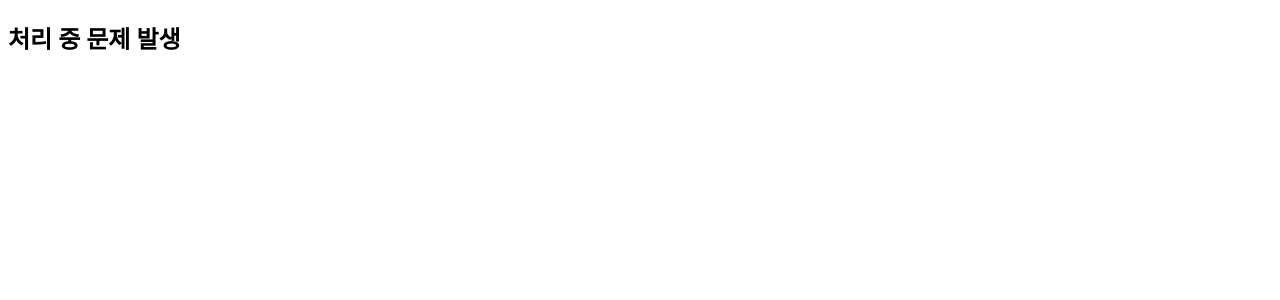
Repository: sunyeongan/Univ_lecture
Page: http://localhost/NewJSP2/Ex8_exception.jsp
The author's editor kept a copy of each file at every save. The page is drawn from the files as they stood at one save, then again after the next save.
The browser window is 1280 px wide. The pictures show the whole page.
The page is served by Tomcat 9.

Above is the page before, as saved 2022-04-09 09:16:47.

After the next save:
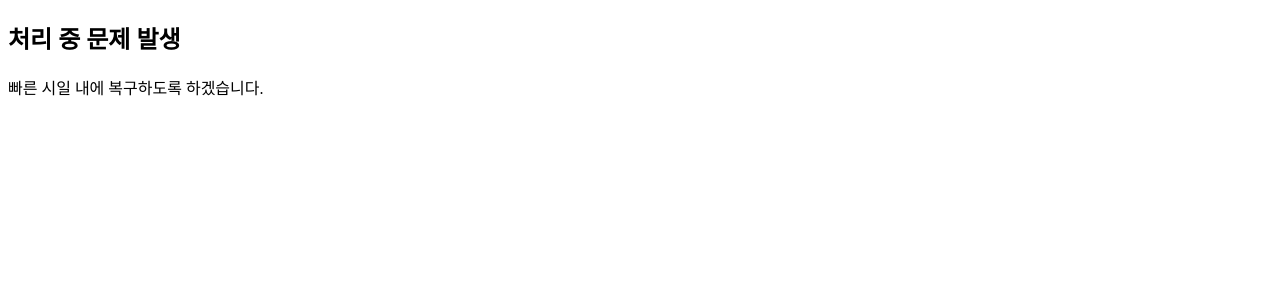
Saved 11 s later.
--- a/WebSever_2022/work/week6_work/NewJSP2/src/main/webapp/Ex8_exception.jsp
+++ b/WebSever_2022/work/week6_work/NewJSP2/src/main/webapp/Ex8_exception.jsp
@@ -9,6 +9,7 @@
 <body>
 <%@ page isErrorPage="true" %>
 <h2>처리 중 문제 발생 </h2>
+빠른 시일 내에 복구하도록 하겠습니다.
 
 </body>
 </html>
